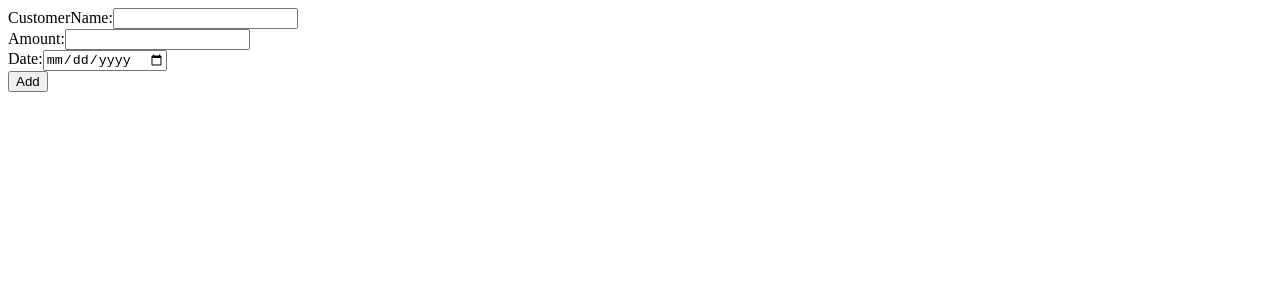
Repository: ramakrishnan1997/ram_javatraining
Page: http://localhost/test/add.jsp
The author's editor kept a copy of each file at every save. The page is drawn from the files as they stood at one save, then again after the next save.
The browser window is 1280 px wide. The pictures show the whole page.
The page is served by Tomcat 9.

Above is the page before, as saved 2022-06-30 10:45:05.

After the next save:
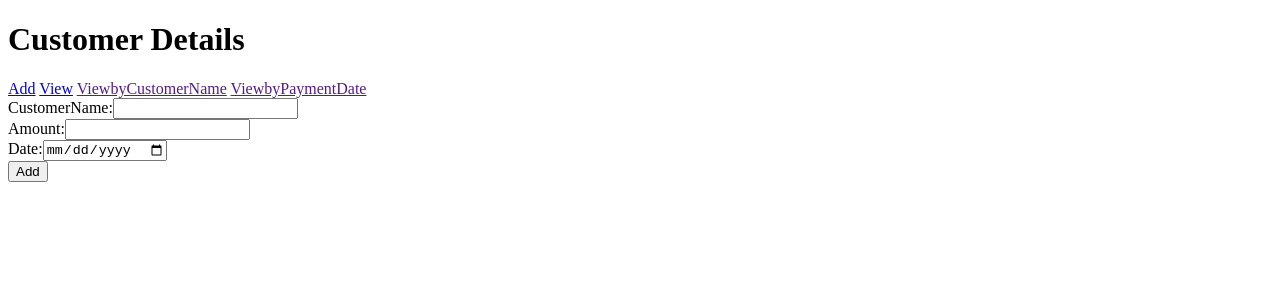
Saved 2 min 26 s later.
--- a/test/src/main/webapp/add.jsp
+++ b/test/src/main/webapp/add.jsp
@@ -8,6 +8,7 @@
 <title>Insert title here</title>
 </head>
 <body>
+<%@ include file="home.html"%>
 <form action="view" method="get">
 <div><label>CustomerName:<input type="text" name="customername"></label></div>
 <div><label>Amount:<input type="text" name="customeramount"></label></div>
